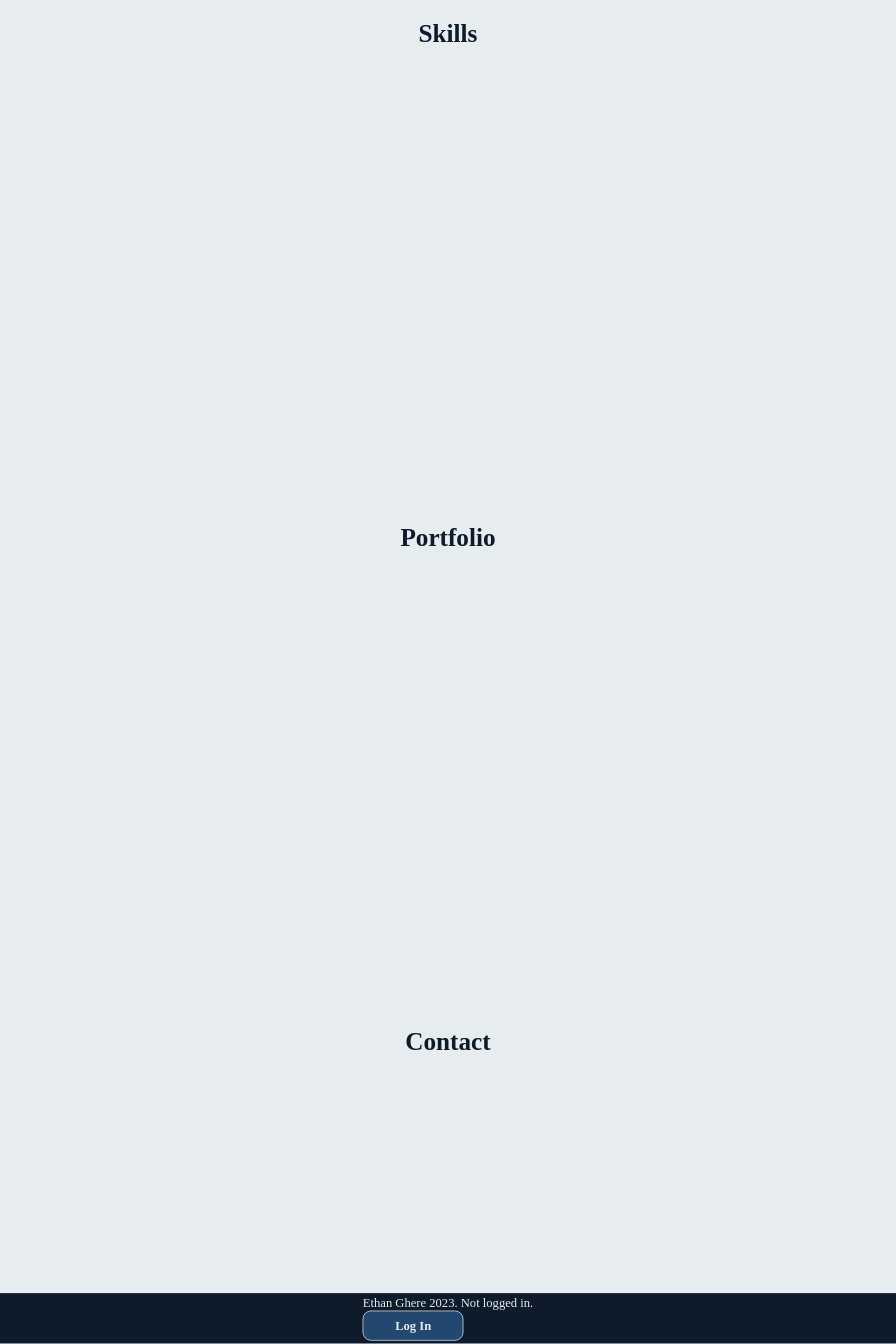
Repository: eghere-bsu/ethanghere-website
Page: http://localhost/php/index.php
These files come from the project's save history. The page is drawn as it stood at one moment and after the next save; the edit follows.
The browser window is 1280 px wide. The pictures show the part of the page from y = 955 to 2875 px (the page is 2875 px tall), at 70% of full size.
Some web fonts or font styles are not loaded; a fallback is used. The page is run by PHP 8.4 with error messages shown; the project is at /var/www/html/.

Above is the page before, as saved 2023-11-27 15:42:45.

### php/index.php
<?php
  session_start();
  ini_set('display_errors', 1);
  error_reporting(E_ALL);

  if (isset($_GET['action']) && $_GET['action'] === 'logout') {
    unset($_SESSION['auth']);
    unset($_SESSION['username']);
    unset($_SESSION['powerlvl']);
  }
  $loggedIn = isset($_SESSION['auth']) && $_SESSION['auth'] === true;
  $loginText = $loggedIn ? 'Log Out' : 'Log In';
  $loginHref = $loggedIn ? 'login.php?action=logout' : 'login.php';
?>

<!DOCTYPE html>
<html lang="en">

<head>
  <meta charset="UTF-8">
  <title>Ethan Ghere</title>
  <link rel="stylesheet" href="../css/style.css">
  <link rel="icon" type="image/x-icon" href="../favicon.ico">
</head>

<nav>
  <div class="container">
    <ul>
      <li class="home active">
        <a href="#home" class="navlink">Home</a>
      </li>
      <li class="skills">
        <a href="#skills" class="navlink">Skills</a>
      </li>
      <li class="portfolio">
        <a href="#portfolio" class="navlink">Portfolio</a>
      </li>
      <li class="contact">
        <a href="#contact" class="navlink">Contact</a>
      </li>
    </ul>
  </div>
</nav>

<body>
  <!-- Home -->
  <section id="home">
    <h1>Ethan Ghere</h1>
    <p>Boise State CS major. Aspiring software developer. Forever learner.</p>
    <span>
      <a href="https://www.linkedin.com/in/ethan-ghere-08532a23a" class="button linkedin"><img src="../svg/icons8-linkedin.svg">LinkedIn</a>
      <a href="https://www.facebook.com/profile.php?id=100085450836702" class="button facebook"><img src="../svg/icons8-facebook-24.svg">Facebook</a>
      <a href="https://github.com/eghere-bsu" class="button"><img src="../svg/icons8-github-24.png">GitHub</a>
      <a href="../assets/resume.pdf" class="button">Resume</a>
    </span>
  </section>
  <!-- Skills -->
  <section id="skills">
    <h1>Skills</h1>
  </section>
  <!-- Portfolio -->
  <section id="portfolio">
    <h1>Portfolio</h1>
  </section>
  <!-- Contact -->
  <section id="contact">
    <h1>Contact</h1>
  </section>
  <!-- Footer -->
  <section id="footer">
    <span>
      <p>Ethan Ghere 2023.
        <?php
          if (isset($_SESSION['auth']) && $_SESSION['auth'] === true) {
            if (isset($_SESSION['username'])) {
              echo 'Logged in as ' . $_SESSION['username'];
            } else {
              echo 'Username not found.';
            }
          } else {
            echo 'Not logged in.';
          }
        ?>
      </p>
      <a href="#login" class="button login-modal">Log In</a>
    </span>
  </section>
  <div class="modal" id="login-signup-modal">
      <div class="modal-content">
        <button class="modal-close" onclick="closeModal()">X</button>
        <span class="container">
          <ul>
            <li class="login">
              <a href="#login" class="navlink">Log In</a>
            </li>
            <li class="signup">
              <a href="#signup" class="navlink">Sign Up</a>
            </li>
          </ul>
        </span>
        <span>
        <?php
          if(isset($_SESSION['message'])) {
            echo htmlspecialchars($_SESSION['message'], ENT_QUOTES, 'UTF-8');
            unset($_SESSION['message']);
          }
        ?>
        </span>
        <form method="post" action="login_handler.php" id="login-form">
          <input placeholder="Username: " type="username" id="username" name="username" required>
          <input placeholder="Password: " type="password" id="password" name="password" required>
          <button type="submit" class="button">Log In</button>
        </form>
        <form method="post" action="signup_handler.php" id="signup-form">
          <input placeholder="Username: " type="username" id="username" name="username" required>
          <input placeholder="Password: " type="password" id="password" name="password" required>
          <input placeholder="Confirm password: " type="pwconfirm" id="pwconfirm" name="pwconfirm" required>
          <button type="submit" class="button">Sign Up</button>
        </form>
        <div class="modal-body"></div>
      </div>
    </div>
  <script src="https://code.jquery.com/jquery-3.7.1.min.js"></script>
  <script src="../js/login.js"></script>
  <script src="../js/scroll.js"></script>
</body>

### css/style.css
@import url("https://fonts.googleapis.com/css2?family=Roboto+Mono&display=swap");

* {
  padding: 0;
  margin: 0;
  box-sizing: border-box;
}

html {
  font-family: "Roboto Mono";
  font-size: 24px;
  scroll-behavior: smooth;
}

section {
  height: 100vh;
  width: 100%;
  color: #0d1b2a;
  background-color: #e7ecef;
  display: flex;
  flex-direction: column;
  align-items: center;
  justify-content: center;
}

#home {
  height: 80vh;
  color: #e7ecef;
  background-color: #0d1b2a;
  padding: 30px;

  *:not(:first-child) {
    margin-top: 20px;
  }
}

/* TODO
section#skills {}
*/

/* TODO
section#portfolio {} */

section#footer {
  height: 10vh;
  background-color: #0d1b2a;
  color: #e7ecef;
  font-size: 18px;
}

.button {
  display: inline-block;
  padding: 10px 20px;
  width: 8em;
  text-align: center;
  text-decoration: none;
  font-weight: bold;
  border-radius: 12px;
  border: 1px solid #e7ecef;
  color: #e7ecef;
  background-color: #23486f;
  transition: 0.3s ease background-color;

  img {
    position: relative;
    top: 0.1em;
    right: 0.1em;
  }

  &:hover {
    background-color: #f85a3e;
  }

  &:hover:after {
    transition: 0.3s ease background-color;
  }
}

.button.small {
  font-size: 0.8em;
}

.linkedin {
  background-color: #0077b5;
}

.facebook {
  background-color: #3b5998;
}

nav {
  position: sticky;
  top: 0;
  background-color: #e7ecef;
}

.container {
  width: 90%;
  max-width: 1000px;
  min-width: 200px;
  margin: 0 auto;
  text-align: center;
  padding: 10px;

  ul {
    display: inline-block;

    li {
      display: inline-block;

      a {
        display: inline-block;
        text-decoration: none;
        padding: 10px 20px;
        color: #0d1b2a;
        border-radius: 12px;
        transition: 0.3s ease background-color;

        &:hover {
          background-color: rgba(0, 0, 0, 0.25);
        }
      }
    }

    li.active {
      background-color: #f85a3e;
      transition: 0.3s ease background-color;
      border-radius: 12px;

      a {
        color: rgb(231, 236, 239);
      }

      .navlink {
        background-color: #f85a3e;
        transition: 0.3s ease background-color;
        border-radius: 12px;
      }
    }
  }
}


/* modal */

.modal {
  display: none; /* Hide the modal by default */
  position: fixed;
  top: 0;
  left: 0;
  width: 100%;
  height: 100%;
  background-color: rgba(0, 0, 0, 0.4);
}

.modal-content {
  position: fixed;
  top: 50%;
  left: 50%;
  transform: translate(-50%, -50%);
  width: 40%;
  background-color: #e7ecef;
  color: #0d1b2a;
  padding: 20px;

  form {
    display: flex;
    flex-direction: column;
    align-items: center;
    width: 100%;
  }

  form label {
    margin-bottom: 10px;
  }

  form input {
    width: 100%;
    padding: 10px;
    border: 1px solid #ccc;
    border-radius: 4px;
  }

  form button {
    padding: 10px 20px;
    background-color: #23486f;
    border: none;
    border-radius: 4px;
    cursor: pointer;
    text-decoration: none;
  }

  & > .modal-close {
    position: absolute;
    top: 10px;
    right: 10px;
    width: 2em;
    height: 2em;
    border: none;
    cursor: pointer;
    background-color: #23486f;
    color: #e7ecef;
  }

  & > .container {
    display: flex;
    justify-content: center;

    & > a {
      color: #0d1b2a;
    }
  }
}

.modal-body {
  display: flex;
  flex-direction: column;
  justify-content: center;
}

.form-container {
  max-width: 400px;
  width: 100%;
  margin: 0 auto;
  position: relative;
}

### svg/icons8-linkedin.svg
<svg xmlns="http://www.w3.org/2000/svg" xmlns:xlink="http://www.w3.org/1999/xlink" viewBox="0,0,256,256" width="24px" height="24px"><g transform="translate(-24.32,-24.32) scale(1.19,1.19)"><g fill="#e7ecef" fill-rule="nonzero" stroke="none" stroke-width="1" stroke-linecap="butt" stroke-linejoin="miter" stroke-miterlimit="10" stroke-dasharray="" stroke-dashoffset="0" font-family="none" font-weight="none" font-size="none" text-anchor="none" style="mix-blend-mode: normal"><g transform="scale(5.12,5.12)"><path d="M41,4h-32c-2.76,0 -5,2.24 -5,5v32c0,2.76 2.24,5 5,5h32c2.76,0 5,-2.24 5,-5v-32c0,-2.76 -2.24,-5 -5,-5zM17,20v19h-6v-19zM11,14.47c0,-1.4 1.2,-2.47 3,-2.47c1.8,0 2.93,1.07 3,2.47c0,1.4 -1.12,2.53 -3,2.53c-1.8,0 -3,-1.13 -3,-2.53zM39,39h-6c0,0 0,-9.26 0,-10c0,-2 -1,-4 -3.5,-4.04h-0.08c-2.42,0 -3.42,2.06 -3.42,4.04c0,0.91 0,10 0,10h-6v-19h6v2.56c0,0 1.93,-2.56 5.81,-2.56c3.97,0 7.19,2.73 7.19,8.26z"></path></g></g></g></svg>

### svg/icons8-facebook-24.svg
<svg xmlns="http://www.w3.org/2000/svg" xmlns:xlink="http://www.w3.org/1999/xlink" viewBox="0,0,256,256" width="24px" height="24px"><g transform="translate(-43.52,-43.52) scale(1.34,1.34)"><g fill-opacity="0" fill="#d72020" fill-rule="nonzero" stroke="none" stroke-width="1" stroke-linecap="butt" stroke-linejoin="miter" stroke-miterlimit="10" stroke-dasharray="" stroke-dashoffset="0" font-family="none" font-weight="none" font-size="none" text-anchor="none" style="mix-blend-mode: normal"><path d="M32.47761,223.52239v-191.04478h191.04478v191.04478z" id="bgRectangle"></path></g><g fill="#e7ecef" fill-rule="nonzero" stroke="none" stroke-width="1" stroke-linecap="butt" stroke-linejoin="miter" stroke-miterlimit="10" stroke-dasharray="" stroke-dashoffset="0" font-family="none" font-weight="none" font-size="none" text-anchor="none" style="mix-blend-mode: normal"><g transform="scale(10.66667,10.66667)"><path d="M19,3h-14c-1.105,0 -2,0.895 -2,2v14c0,1.105 0.895,2 2,2h7.621v-6.961h-2.343v-2.725h2.343v-2.005c0,-2.324 1.421,-3.591 3.495,-3.591c0.699,-0.002 1.397,0.034 2.092,0.105v2.43h-1.428c-1.13,0 -1.35,0.534 -1.35,1.322v1.735h2.7l-0.351,2.725h-2.365v6.965h3.586c1.105,0 2,-0.895 2,-2v-14c0,-1.105 -0.895,-2 -2,-2z"></path></g></g></g></svg>

### js/login.js
$(document).ready(function () {
   // Open login-signup modal
   $('.login-modal').click(function () {
      $('#login-signup-modal').show();
      $('#login-form').show();
      $('#signup-form').hide();
      $('.signup').removeClass('active');
      $('.login').addClass('active');
   });

   // Login button
   $('.login').click(function () {
      $('#login-form').show();
      $('#signup-form').hide();
      $('.signup').removeClass('active');
      $('.login').addClass('active');
   });

   // Show the signup form when the signup button is clicked
   $('.signup').click(function () {
      $('#signup-form').show();
      $('#login-form').hide();
      $('.login').removeClass('active');
      $('.signup').addClass('active');
   });

   // Close modal
   $('.modal-close').click(function () {
      $('#login-signup-modal').hide();
   });

   // Handle modal opening from a redirect
   if (window.location.href.indexOf('#login') !== -1 || window.location.href.indexOf('#signup') !== -1) {
      $('#login-signup-modal').show();

      if (window.location.href.indexOf('#login') !== -1) {
         $('#login-form').show();
         $('#signup-form').hide();
         $('.login').addClass('active');
         $('.signup').removeClass('active');
      } else {
         $('#signup-form').show();
         $('#login-form').hide();
         $('.signup').addClass('active');
         $('.login').removeClass('active');
      }
   }

   $('#login-button').click(function() {
      if ($('#login-button').text() === 'Log In') {
        // User is logging in, redirect to login page
        window.location.href = 'login.php';
      } else {
        // User is logging out, redirect to logout page
        window.location.href = 'logout.php';
      }
    });
});

### js/scroll.js
const sections = document.querySelectorAll("section");
const navLi = document.querySelectorAll("nav .container ul li");
window.addEventListener("scroll", () => {
  let current = "";
  sections.forEach((section) => {
    const sectionTop = section.offsetTop;
    const sectionHeight = section.clientHeight;
    if (pageYOffset >= sectionTop - sectionHeight / 3) {
      current = section.getAttribute("id");
    }
  });

  navLi.forEach((li) => {
    li.classList.remove("active");
    if (li.classList.contains(current)) {
      li.classList.add("active");
    }
  });
});

After the next save:
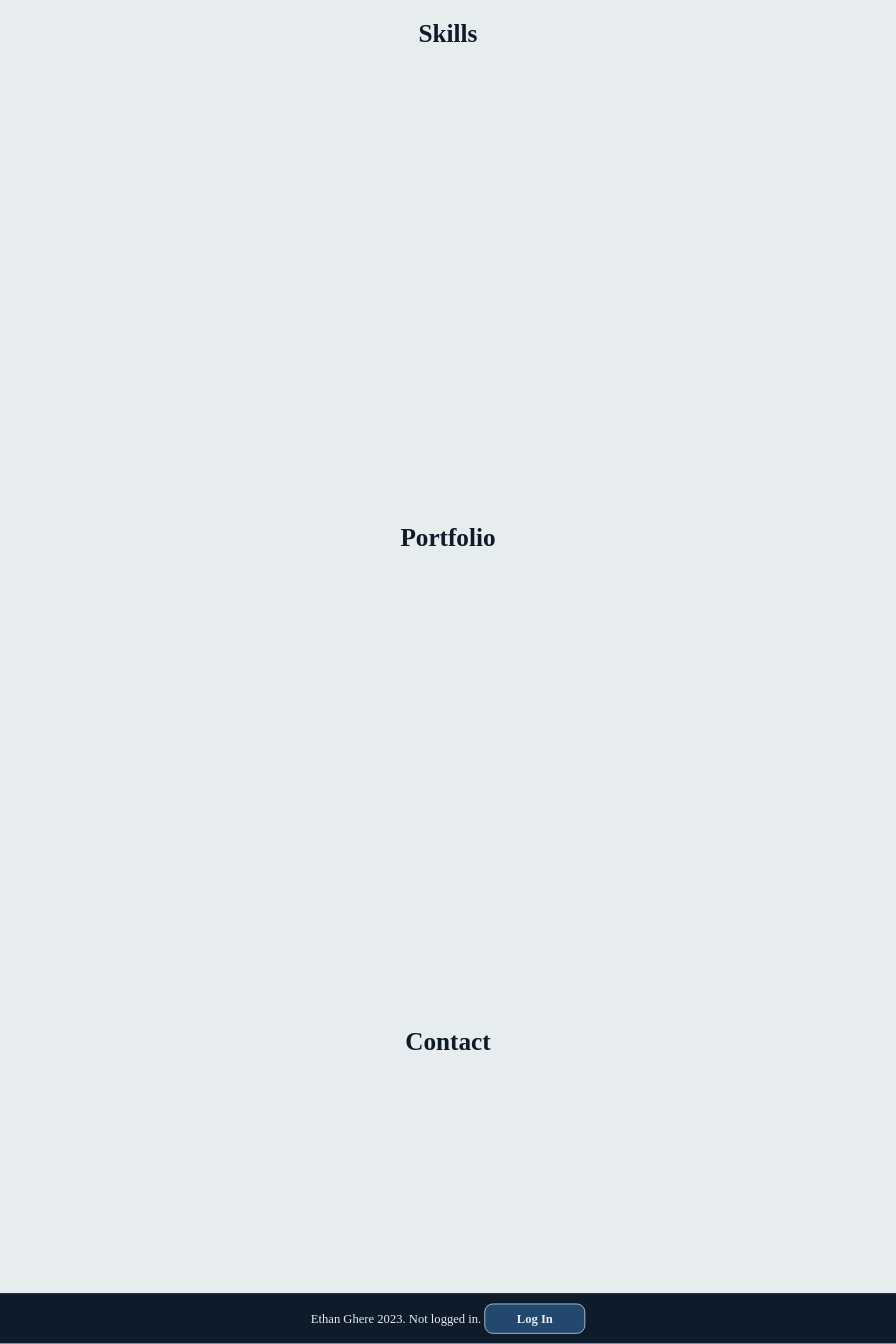
Saved 24 s later.
--- a/php/index.php
+++ b/php/index.php
@@ -81,8 +81,8 @@
             echo 'Not logged in.';
           }
         ?>
+      <a href="#login" class="button login-modal">Log In</a>
       </p>
-      <a href="#login" class="button login-modal">Log In</a>
     </span>
   </section>
   <div class="modal" id="login-signup-modal">
